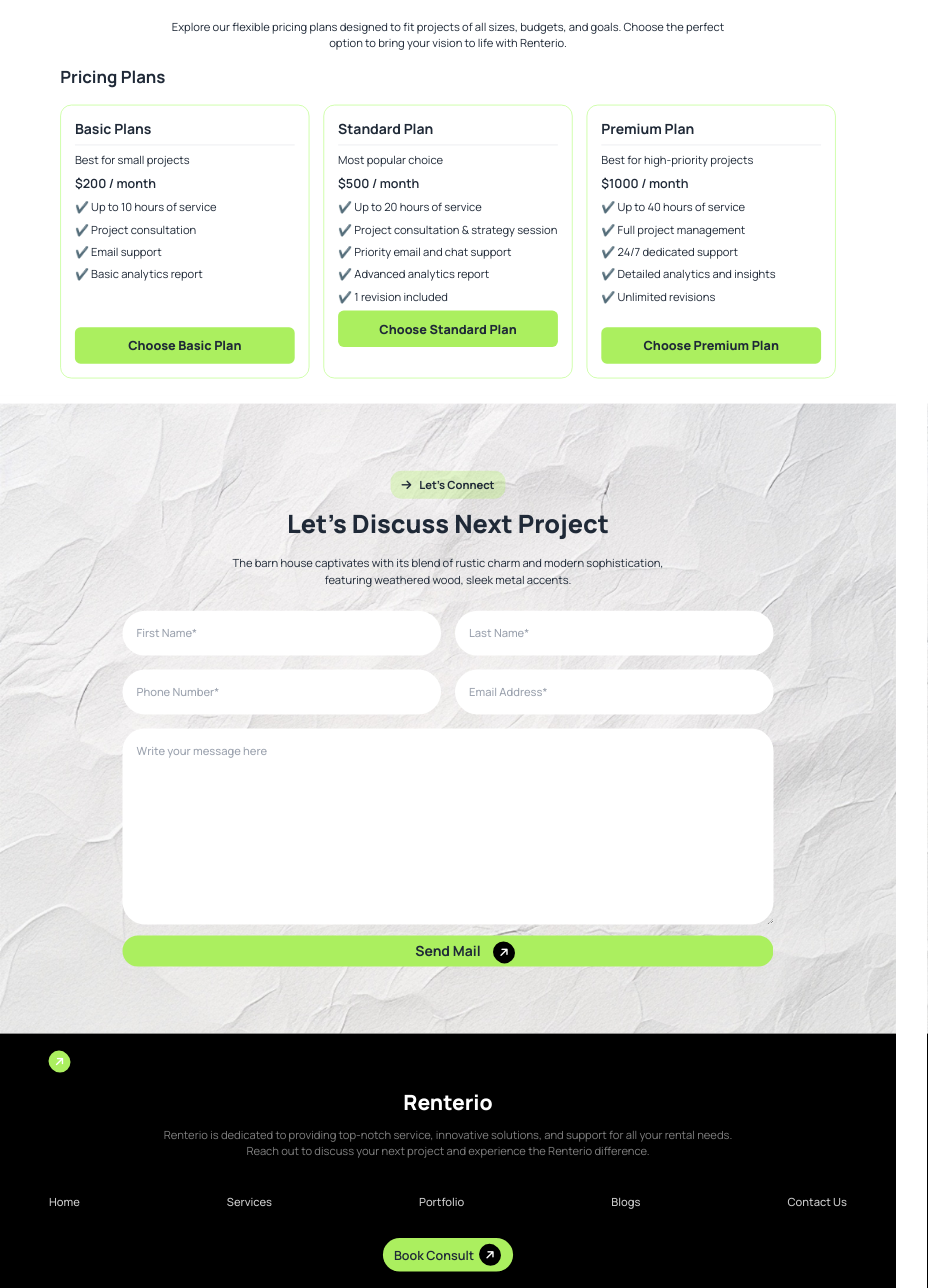
Repository: Tanvir4312/assignment-03
Page: index.html
An editor plug-in stored every save of this project. The page is shown before and after the next save, followed by the edit.
The browser window is 1280 px wide. The page is 1325 px wide, so the pictures cover 1325 px, including what lies to the right of the window. The pictures show the part of the page from y = 3182 to 5022 px (the page is 5022 px tall), at 70% of full size.
Some web libraries are served in a nearby version.

Above is the page before, as saved 2024-10-30 21:54:29.

### index.html
<!DOCTYPE html>
<html lang="en">

<head>
    <meta charset="UTF-8">
    <meta name="viewport" content="width=device-width, initial-scale=1.0">
    <title>Renterio</title>
    <link rel="stylesheet" href="styles/styles.css">
    <!-- DaisyUI -->
    <link href="https://cdn.jsdelivr.net/npm/daisyui@4.12.14/dist/full.min.css" rel="stylesheet" type="text/css" />
    <script src="https://cdn.tailwindcss.com"></script>
    <!-- Icon -->
    <link rel="stylesheet" href="https://cdnjs.cloudflare.com/ajax/libs/font-awesome/6.6.0/css/all.min.css"
        integrity="sha512-Kc323vGBEqzTmouAECnVceyQqyqdsSiqLQISBL29aUW4U/M7pSPA/gEUZQqv1cwx4OnYxTxve5UMg5GT6L4JJg=="
        crossorigin="anonymous" referrerpolicy="no-referrer" />

    <script>
        tailwind.config = {
            theme: {
                extend: {
                    colors: {
                        clifford: '#da373d',
                        bgBtnColor: '#ABEF5F',
                        btnTextAndWorksTextColor: '#1C1C1C',
                        mainColor: '#212121',
                        secondaryColor: '#494949',

                    }
                }
            }
        }
    </script>
</head>

<body class="manrope-font">
    <header>
        <!-- Navbar -->
        <nav class="container mx-auto">
            <div class="navbar relative py-14">
                <div class="navbar-start">
                    <div class="absolute right-0">
                        <div class="dropdown">
                            <div tabindex="0" role="button"
                                class="btn btn-ghost mr-2 lg:hidden border border-[rgba(233,233,233)] rounded-full bg-[#f9f8f8]">
                                <svg xmlns="http://www.w3.org/2000/svg" class="h-5 w-5" fill="none" viewBox="0 0 24 24"
                                    stroke="currentColor">
                                    <path stroke-linecap="round" stroke-linejoin="round" stroke-width="2"
                                        d="M4 6h16M4 12h8m-8 6h16" />
                                </svg>
                            </div>
                            <div class="absolute -left-20">
                                <ul tabindex=""
                                    class="menu menu-sm dropdown-content bg-base-100 rounded-box z-[1] p-2 shadow w-32">
                                    <li><a>Home</a></li>
                                    <li><a>Services</a></li>
                                    <li><a>Portfolio</a></li>
                                    <li><a>Blogs</a></li>
                                    <li><a>Contact Us</a></li>
                                </ul>
                            </div>
                        </div>
                    </div>
                    <i class="fa-solid fa-arrow-right -rotate-45 bg-bgBtnColor p-2 rounded-full	"></i>
                    <a class="btn btn-ghost font-extrabold text-3xl pl-2">Renterio</a>
                </div>
                <div class="navbar-center hidden lg:flex">
                    <ul class="menu menu-horizontal px-1">
                        <li><a class="font-extrabold">Home</a></li>
                        <li><a>Services</a></li>
                        <li><a>Portfolio</a></li>
                        <li><a>Blogs</a></li>
                        <li><a>Contact Us</a></li>
                    </ul>
                </div>

                <div class="navbar-end hidden md:block">
                    <div class="flex justify-end">
                        <div class="flex items-center gap-3 mr-2">
                            <div class="px-3 py-1 border border-[rgba(233,233,233)] rounded-full bg-[#f9f8f8]">
                                <i class="fa-solid fa-magnifying-glass"></i>
                            </div>
                            <div class="px-3 py-1 border border-[rgba(233,233,233)] rounded-full bg-[#f9f8f8]">
                                <i class="fa-solid fa-cart-shopping"></i>
                            </div>
                        </div>
                        <div class="relative ">
                            <button class="btn bg-bgBtnColor rounded-3xl pr-14 text-lg font-semibold">Book
                                Consult</button>
                            <i
                                class="fa-solid fa-arrow-right -rotate-45 bg-black text-white p-2 rounded-full absolute top-2 right-4 "></i>
                        </div>
                    </div>
                </div>
            </div>
        </nav>
        <!-- Banner -->
        <section class="banner text-center">
            <!-- Banner Image -->
            <div class="flex justify-center px-14">
                <img src="./assets/banner.png" alt="">
            </div>
            <!-- Banner Text -->
            <div class="mt-6">
                <h1 class="text-3xl md:text-6xl font-extrabold md:leading-[80px]">A barn house of this design
                    has a <br>striking appearance
                </h1>
                <p class="mt-6 mb-8 px-5">The barn house captivates with its blend of rustic charm and modern
                    sophistication,
                    featuring weathered wood, sleek metal <br> accents, and large windows that flood the space with
                    natural light.</p>
                <!-- Banner Button -->
                <div class="relative flex px-2 md:justify-center md:items-center">
                    <div class="w-full text-start md:text-center">
                        <button
                            class="btn border border-[rgba(171,239,95)] bg-[rgba(171,239,95,0.5)] rounded-3xl mainColor text-xl font-extrabold pr-14 l w-full md:w-52">View
                            Details</button>
                    </div>
                    <div>
                        <i
                            class="fa-solid fa-arrow-right -rotate-45 bg-bgBtnColor p-2 rounded-full absolute bottom-2 right-[590px]"></i>

                        <i
                            class="md:hidden absolute top-3 right-20 fa-solid fa-arrow-right -rotate-45 bg-bgBtnColor p-2 rounded-full"></i>
                    </div>
                </div>
            </div>
        </section>
    </header>

    <main class="bg-[#F4F4F4]">
        <!-- Commercial and Residential Section -->
        <section class="bg-[#F4F4F4] md:my-24 my-5 pt-7 pb-5 md:pb-20">
            <!-- Vector Image -->
            <img class="hidden md:block border-dashed border-2 border-slate-300 py-7 ml-9" src="./assets/Vector.png"
                alt="">
            <div class="md:w-[1140px] mx-auto grid md:grid-cols-2 grid-cols-1 gap-5 p-4 md:p-0">
                <div>
                    <!-- About Us Button -->
                    <div class="flex justify-center md:flex-col">
                        <div class="bg-white w-32 py-2 px-4 rounded-2xl">
                            <i class="fa-solid fa-arrow-right pr-2"></i>
                            <button class="font-bold">About Us</button>
                        </div>
                    </div>
                    <!-- Text -->
                    <div class="mt-4 md:text-start text-center">
                        <h1 class="text-2xl md:text-4xl font-bold mainColor mb-6">We design thoughtful, <br> liveable
                            spaces
                        </h1>
                        <p class="secondaryColor">The barn house captivates with its blend of rustic charm and
                            modern sophistication, featuring weathered wood, sleek metal accents.</p>
                    </div>

                    <div class="flex md:items-center gap-5 my-6 bg-white p-6 rounded-2xl">
                        <!-- Image -->
                        <div>
                            <img src="./assets/commercial.png" alt="">
                        </div>
                        <!-- Text -->
                        <div>
                            <h3 class="text-xl font-extrabold">Commercial</h3>
                            <p><small>The barn house captivates with its blend <br> of rustic charm and modern.</small>
                            </p>
                        </div>
                    </div>
                    <div class="flex md:items-center gap-5 bg-white p-6 rounded-2xl">
                        <!-- Image -->
                        <div>
                            <img src="./assets/residential.png" alt="">
                        </div>
                        <!-- Text -->
                        <div>
                            <h3 class="text-xl font-extrabold">Residential</h3>
                            <p><small>The barn house captivates with its blend <br> of rustic charm and modern.</small>
                            </p>
                        </div>
                    </div>

                </div>
                <!-- Image -->
                <div>
                    <img class="h-60 w-full md:h-[500px]" src="./assets/Rectangle.png" alt="">
                </div>
            </div>
        </section>
        <!-- Works Process section -->
        <section class="md:w-[1140px] mx-auto px-4 md:px-0 md:pb-24">
            <!-- Works Button -->
            <div class="flex justify-center">
                <div class="bg-white py-2 px-4 rounded-2xl">
                    <i class="fa-solid fa-arrow-right pr-2"></i>
                    <button class="font-bold">How We Works</button>
                </div>
            </div>
            <!-- Text -->
            <div class="text-center">
                <h1 class="py-4 md:py-6 text-2xl md:text-4xl font-bold">Our Works Process</h1>
                <p>The barn house captivates with its blend of rustic charm and modern sophistication, <br> featuring
                    weathered wood, sleek metal accents.</p>
            </div>
            <!-- Card -->
            <div class="card grid grid-cols-1 md:grid-cols-4 gap-4 my-8">
                <div class="bg-[rgba(231,193,211)] rounded-2xl p-5">
                    <img src="./assets/concept.png" alt="">
                    <h4 class="py-2 text-xl font-bold">Concept</h4>
                    <p>The barn house captivates with its blend of rustic charm and modern.</p>
                </div>
                <div class="bg-[rgba(239,218,110)] rounded-2xl p-5">
                    <img src="./assets/flow-chart.png" alt="">
                    <h4 class="py-2 text-xl font-bold">Design Process</h4>
                    <p>The barn house captivates with its blend of rustic charm and modern.</p>
                </div>
                <div class="bg-[rgba(164,218,195)] rounded-2xl p-5">
                    <img src="./assets/concept.png" alt="">
                    <h4 class="py-2 text-xl font-bold">Supervision</h4>
                    <p>The barn house captivates with its blend of rustic charm and modern.</p>
                </div>
                <div class="bg-[rgba(119,170,234)] rounded-2xl p-5">
                    <img src="./assets/concept.png" alt="">
                    <h4 class="py-2 text-xl font-bold">Budget Planning</h4>
                    <p>The barn house captivates with its blend of rustic charm and modern.</p>
                </div>
            </div>
        </section>
        <!-- Latest Portfolio Section -->
        <section class="md:bg-white">
            <div class=" md:w-[1140px] mx-auto py-6 px-4 md:pt-20">
                <!-- Latest Works Button -->
                <div class="flex justify-center">
                    <div class="bg-[rgba(171,239,95,0.2)] py-2 px-4 rounded-2xl">
                        <i class="fa-solid fa-arrow-right pr-2"></i>
                        <button class="font-bold">Explore our Latest works</button>
                    </div>
                </div>
                <!-- Text -->
                <div class="text-center">
                    <h1 class="pt-4 pb-6 md:text-4xl text-2xl font-bold">Our Latest Portfolio</h1>
                    <p>The barn house captivates with its blend of rustic charm and modern sophistication, <br>
                        featuring
                        weathered wood, sleek metal accents.</p>
                </div>
                <!-- Latest Portfolio Card First Row -->
                <div class="pt-8 grid grid-cols-1 md:grid-cols-3 gap-5">
                    <!-- First Card -->
                    <div class="md:col-span-2 rounded-2xl ">
                        <div class="md:flex gap-6 border border-[rgba(233,233,233)] rounded-2xl p-5 bg-white">
                            <img src="./assets/img1.png" alt="">
                            <div>
                                <h3 class="text-2xl font-extrabold">Commercial</h3>
                                <p class="pt-4 pb-6">The barn house captivates with its blend of rustic charm and
                                    modern. The barn house
                                    captivates with its blend of rustic charm and modern .</p>

                                <a class="text-xl font-extrabold pr-1" href="">View Details</a>
                                <i class="fa-solid fa-arrow-right -rotate-45 bg-bgBtnColor p-2 rounded-full	"></i>
                            </div>
                        </div>
                    </div>
                    <!-- Second Card -->
                    <div class="border border-[rgba(233,233,233)] rounded-2xl p-5 bg-white">
                        <img src="./assets/img2.png" alt="">
                    </div>

                </div>
                <!-- Latest Portfolio Card Second Row -->
                <div class="grid grid-cols-1 md:grid-cols-4 gap-5 mt-5">
                    <!-- First Card -->
                    <div class="border border-[rgba(233,233,233)] rounded-2xl p-5 bg-white">
                        <img class="h-full w-full" src="./assets/img3.png" alt="">
                    </div>
                    <!-- Second Card -->
                    <div class="md:col-span-2 rounded-2xl ">
                        <div class="md:flex gap-6 border border-[rgba(233,233,233)] rounded-2xl p-5 bg-white">
                            <img src="./assets/img4.png" alt="">
                            <div>
                                <h3 class="text-2xl font-extrabold">Commercial</h3>
                                <p class="pt-4 pb-6">The barn house captivates with its blend of rustic charm and
                                    modern.</p>

                                <a class="text-xl font-extrabold pr-1" href="">View Details</a>
                                <i class="fa-solid fa-arrow-right -rotate-45 bg-bgBtnColor p-2 rounded-full	"></i>
                            </div>
                        </div>
                    </div>
                    <!-- Third Card -->
                    <div class="border border-[rgba(233,233,233)] rounded-2xl p-5 bg-white">
                        <img class="h-full w-full" src="./assets/img5.png" alt="">
                    </div>

                </div>
            </div>
        </section>
        <!-- Perfect Plan Section -->
        <section class="md:bg-white">
            <div class="md:w-[1140px] mx-auto py-6 px-4 md:pt-20">
                <!-- Text -->
                <div class="text-center">
                    <h1 class="text-2xl md:text-4xl font-extrabold">Choose the Perfect Plan for Your Needs</h1>
                    <p class="py-5">Explore our flexible pricing plans designed to fit projects of all sizes, budgets,
                        and goals. Choose the perfect <br> option to bring your vision to life with Renterio.</p>
                </div>
                <p class="text-2xl font-bold pb-6">Pricing Plans</p>
                <!-- Cards -->
                <div class="grid grid-cols-1 md:grid-cols-3 gap-5">
                    <!-- Card-01 -->
                    <div class="border border-[#bdfe8b] p-5 rounded-2xl bg-white">
                        <div class="space-y-2">
                            <h3 class="text-xl font-bold">Basic Plans</h3>
                            <hr>
                            <p>Best for small projects</p>
                            <h5 class="text-lg font-semibold">$200 / month</h5>
                            <li class="list-none">✔️ Up to 10 hours of service</li>
                            <li class="list-none">✔️ Project consultation</li>
                            <li class="list-none">✔️ Email support</li>
                            <li class="list-none">✔️ Basic analytics report</li>
                        </div>

                        <button class="bg-bgBtnColor p-3 rounded-lg text-lg font-extrabold mt-16 w-full">Choose
                            Basic Plan</button>

                    </div>
                    <!-- Card-02 -->
                    <div class="border border-[#bdfe8b] p-5 rounded-2xl bg-white">
                        <div class="space-y-2">
                            <h3 class="text-xl font-bold">Standard Plan</h3>
                            <hr>
                            <p>Most popular choice</p>
                            <h5 class="text-lg font-semibold">$500 / month</h5>
                            <li class="list-none">✔️ Up to 20 hours of service</li>
                            <li class="list-none">✔️ Project consultation & strategy session</li>
                            <li class="list-none">✔️ Priority email and chat support</li>
                            <li class="list-none">✔️ Advanced analytics report</li>
                            <li class="list-none">✔️ 1 revision included</li>
                        </div>

                        <button class="bg-bgBtnColor p-3 rounded-lg text-lg font-extrabold mt-2 w-full">Choose Standard
                            Plan</button>

                    </div>
                    <!-- Card-03 -->
                    <div class="border border-[#bdfe8b] p-5 rounded-2xl bg-white">
                        <div class="space-y-2">
                            <h3 class="text-xl font-bold">Premium Plan</h3>
                            <hr>
                            <p>Best for high-priority projects</p>
                            <h5 class="text-lg font-semibold">$1000 / month</h5>
                            <li class="list-none">✔️ Up to 40 hours of service</li>
                            <li class="list-none">✔️ Full project management</li>
                            <li class="list-none">✔️ 24/7 dedicated support</li>
                            <li class="list-none">✔️ Detailed analytics and insights</li>
                            <li class="list-none">✔️ Unlimited revisions</li>
                        </div>

                        <button class="bg-bgBtnColor p-3 rounded-lg text-lg font-extrabold mt-8 w-full">Choose Premium
                            Plan</button>

                    </div>
                </div>
            </div>
        </section>
    </main>
    <!-- Next Project Section -->
    <section class="next-project mt-3">
        <div class=" md:w-[970px] mx-auto py-7 md:py-24 px-5">
            <!-- Button -->
            <div class="flex justify-center">
                <div class="bg-[rgba(171,239,95,0.3)] py-2 px-4 rounded-2xl">
                    <i class="fa-solid fa-arrow-right pr-2"></i>
                    <button class="font-bold">Let’s Connect</button>
                </div>
            </div>
            <!-- Text -->
            <div class="text-center">
                <h1 class="text-2xl md:text-4xl font-extrabold pt-4">Let’s Discuss Next Project</h1>
                <p class="pt-6 pb-8">The barn house captivates with its blend of rustic charm and modern sophistication,
                    <br> featuring weathered wood, sleek metal accents.
                </p>
            </div>
            <!-- Input Field -->
            <div class="grid grid-cols-1 md:grid-cols-2 gap-5">
                <input class="p-5 rounded-[64px]" type="text" name="" id="" placeholder="First Name*">
                <input class="p-5 rounded-[64px]" type="text" name="" id="" placeholder="Last Name*">
                <input class="p-5 rounded-[64px]" type="text" name="" id="" placeholder="Phone Number*">
                <input class="p-5 rounded-[64px]" type="text" name="" id="" placeholder="Email Address*">
                <textarea class="md:col-span-2 p-5 rounded-[32px]" name="" id="" cols="30" rows="10"
                    placeholder="Write your message here"></textarea>
            </div>
            <!-- Button -->
            <div class="relative">
                <button class="bg-bgBtnColor w-full text-xl font-bold py-2 rounded-[32px] mt-4">Send Mail</button>
                <i
                    class="fa-solid fa-arrow-right -rotate-45 bg-black text-white p-2 rounded-full md:absolute md:top-6 md:right-[370px] hidden md:block"></i>
                <i
                    class="fa-solid fa-arrow-right -rotate-45 bg-black text-white p-2 rounded-full absolute top-6 right-14 md:hidden"></i>
            </div>
        </div>
    </section>

    <footer class="bg-black">
        <div class="md:w-[1140px] mx-auto py-6">

            <div class=" text-white">
                <div class="relative">
                    <i class="fa-solid fa-arrow-right -rotate-45 bg-bgBtnColor p-2 rounded-full	absolute"></i>
                    <span>
                        <h1 class="text-xl md:text-3xl font-extrabold pt-14 text-center">Renterio</h1>
                </div>
                </span>
                <p class="pt-4 pb-12 opacity-50 text-center">Renterio is dedicated to providing top-notch service,
                    innovative solutions, and support for all your rental needs. <br> Reach out to discuss your next
                    project and experience the Renterio difference.</p>
            </div>
            <div class="md:flex  justify-between text-white font-medium opacity-80">
                <p><a href="">Home</a></p>
                <p><a href="">Services</a></p>
                <p><a href="">Portfolio</a></p>
                <p><a href="">Blogs</a></p>
                <p><a href="">Contact Us</a></p>
            </div>

            <div class="relative ">
                <div class="flex justify-center mt-10">
                    <button class="btn bg-bgBtnColor rounded-3xl pr-14 text-lg font-semibold border-none">Book
                        Consult</button>
                </div>
                <i
                    class="fa-solid fa-arrow-right -rotate-45 bg-black text-white p-2 rounded-full absolute top-2 right-[495px] "></i>
            </div>

        </div>
    </footer>
</body>

</html>

Loaded but not shown: styles/styles.css (20 lines, source omitted)

After the next save:
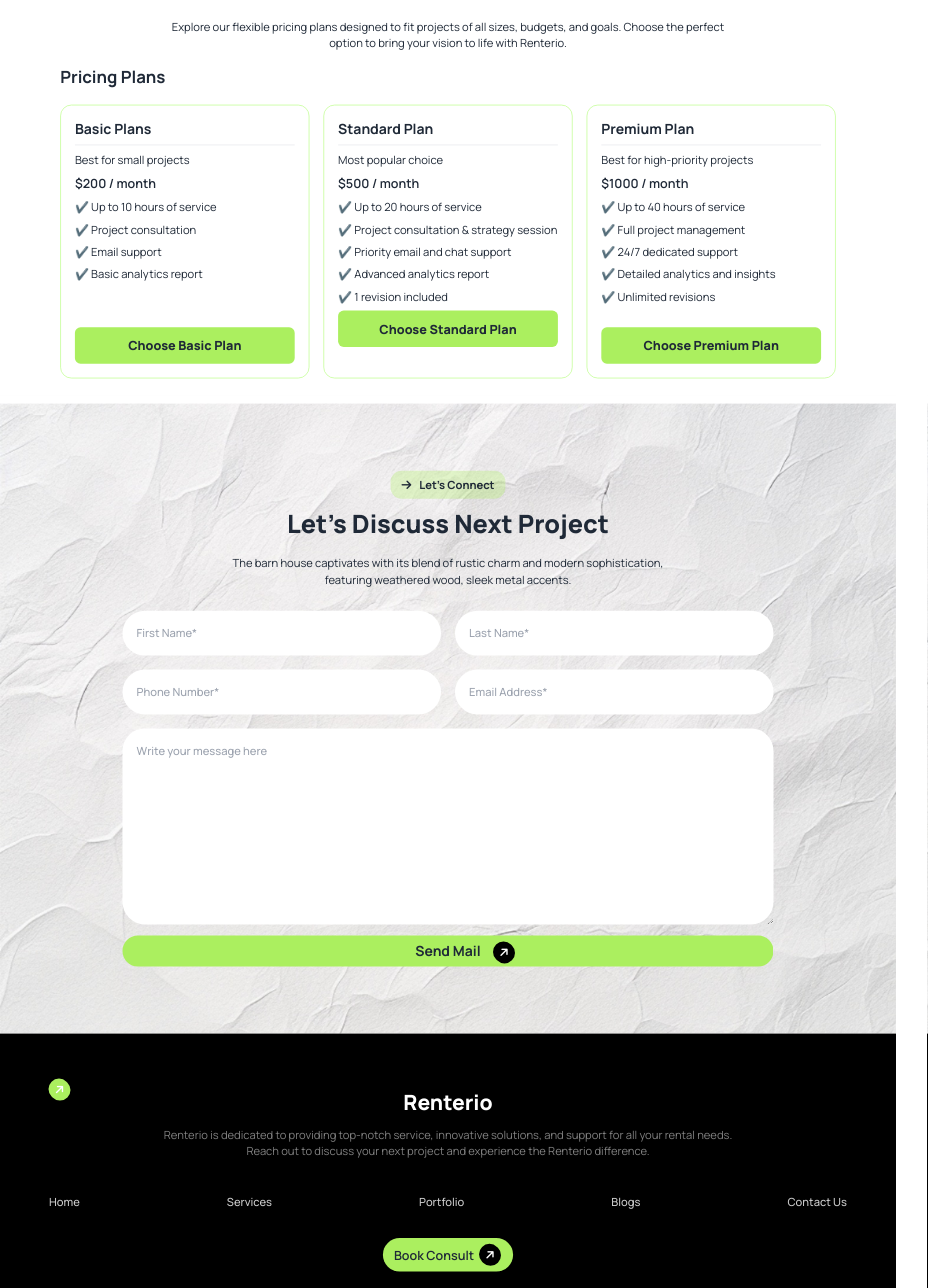
Saved 16 s later.
--- a/index.html
+++ b/index.html
@@ -401,7 +401,7 @@
 
             <div class=" text-white">
                 <div class="relative">
-                    <i class="fa-solid fa-arrow-right -rotate-45 bg-bgBtnColor p-2 rounded-full	absolute"></i>
+                    <i class="fa-solid fa-arrow-right -rotate-45 bg-bgBtnColor p-2 rounded-full	absolute top-10"></i>
                     <span>
                         <h1 class="text-xl md:text-3xl font-extrabold pt-14 text-center">Renterio</h1>
                 </div>
